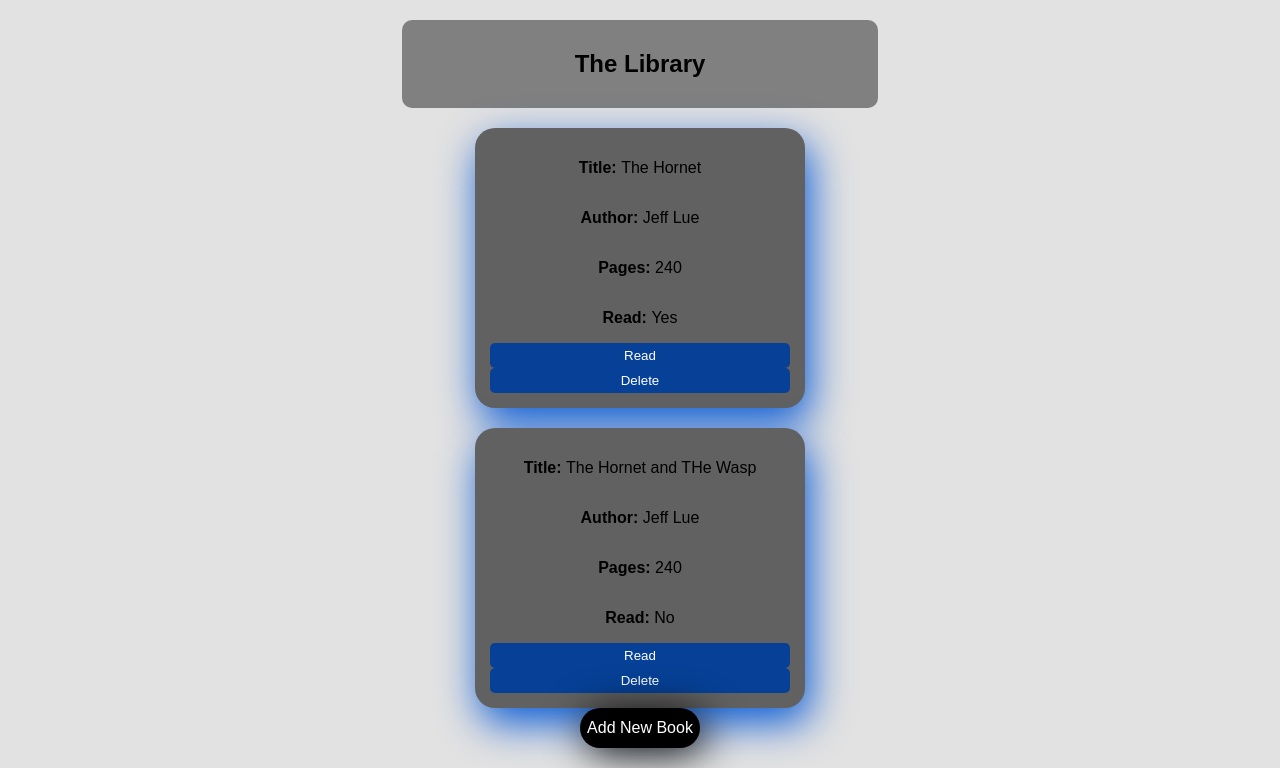
Repository: ErvinClay13/Library
Page: index.html
The author's editor kept a copy of each file at every save. The page is drawn from the files as they stood at one save, then again after the next save.
The browser window is 1280 px wide. The pictures show the whole page.

Above is the page before, as saved 2025-01-11 05:02:35.

### index.html
<!DOCTYPE html>
<html lang="en">
<head>
    <meta charset="UTF-8">
    <meta name="viewport" content="width=device-width, initial-scale=1.0">
    <link rel="stylesheet" href="style.css">
    <link
      rel="icon"
      type="image/png"
      sizes="32x32"
      href="images/myLogo.png"
    />
    <title>The Library</title>
</head>
<body>
    <div class="container">
        <div class="heading">
            <h2>The Library</h2>
        </div>

            <div class="content" id="content"></div>

            <dialog id="myDialog">
                <div class="input">
                <form method="dialog" id="form">
                    <label for="title">Title</label>
                    <input type="text"
                           id="title"
                           name="title"
                           required>

                    <label for="author">Author</label>
                    <input type="text"
                           id="author"
                           name="author"
                           required>

                    <label for="pages">Pages</label>
                    <input type="number"
                           id="pages"
                           name="pages"
                           required>

                    <label for="read">Read</label>
                    <input type="checkbox"
                           name="read"
                           id="isRead">

                    <button type="submit" id="submit">Submit</button>
                    <div class="cancel" id="cancel">Cancel</div>


                </form>
            </div>
        </dialog>
        <footer><button id="addBook">Add New Book</button></footer>
    </div>

    <script src="script.js"></script>
</body>
</html>

### style.css
body {
    display: flex;
    justify-content: center;
    align-items: center;
    flex-direction: column;
    /* background-color: white; */
    background-color: rgb(226, 226, 226);
    margin: 0;
    font-family: Arial, sans-serif;
}

.container {
    display: flex;
    flex-direction: column;
    align-items: center;
    padding: 20px;
}

.heading {
    display: flex;
    justify-content: space-between;
    justify-content: center;
    background-color: gray;
    /* background-color: #42669df5; */
    /* box-shadow: 5px 5px 40px #0055d4f5; */
    width: 100%;
    max-width: 800px;
    padding: 10px 20px;
    border-radius: 10px;
    margin-bottom: 20px;
}

#addBook {
    /* background-color: #03409af5; */
    background-color: black;
    box-shadow: 5px 5px 40px black;
    height: 40px;
    width: 120px;
    border-radius: 20px;
    border: none;
    font-size: 16px;
    color: white;
    cursor: pointer;
}

#addBook:hover {
    transform: scale(1.1);
    box-shadow: 2px 5px 40px black;
}

#content {
    display: flex;
    flex-wrap: wrap;
    gap: 20px;
    justify-content: center;
    width: 100%;
}

.card {
    display: flex;
    flex-direction: column;
    justify-content: space-between;
    text-align: center;
    border-radius: 20px;
    padding: 15px;
    /* background-color: #42669df5; */
    background-color: rgb(97, 97, 97);
    width: 100%;
    max-width: 300px;
    box-shadow: 5px 15px 40px #0055d4f5;
}

.card-details {
    margin-bottom: 10px;
}

.read, .delete {
    flex: 1;
    padding: 5px 10px;
    border: none;
    border-radius: 5px;
    color: white;
    background-color: #03409af5;
    cursor: pointer;
    width: ;
}

.read:hover, .delete:hover {
    background-color: #254a81f5;
}

.read:active, .delete:active {
    background-color: #42669df5;
}

dialog {
    background-color: #fefefe;
    padding: 20px;
    border: none;
    border-radius: 10px;
    box-shadow: 0px 5px 15px rgba(0, 0, 0, 0.5);
}

form {
    display: flex;
    flex-direction: column;
    gap: 10px;
}

input[type="text"], input[type="number"] {
    padding: 5px;
    border-radius: 5px;
    border: 1px solid #ccc;
}

button {
    cursor: pointer;
}

/* Responsive Styles */
@media (max-width: 768px) {
    .heading {
        flex-direction: column;
        align-items: center;
    }

    #content {
        gap: 15px;
    }

    .card {
        max-width: 100%;
    }
}

### script.js
const dialog = document.getElementById('myDialog');
const form = document.getElementById('form');
const content = document.getElementById('content');
const submit = document.getElementById('submit');
const addBook = document.getElementById('addBook');
const cancel = document.getElementById('cancel');

const myLibrary = [];

const theHornet = new Book('The Hornet', 'Jeff Lue', 240, true);
const theHornetAndTheWasp = new Book('The Hornet and THe Wasp', 'Jeff Lue', 240, false);

myLibrary.push(theHornet);
myLibrary.push(theHornetAndTheWasp);


function Book(title, author, pages, read) {
    this.title = title;
    this.author = author;
    this.pages = pages;
    this.read = read;
}

Book.prototype.info = function() {
    return `${this.title} ${this.author} ${this.pages} ${this.read}`;
}


Book.prototype.toggleRead = function() {
    this.read = !this.read;
}



addBook.addEventListener("click", () => {
    dialog.showModal();
});

cancel.addEventListener("click", () => {
    dialog.close();
});

submit.addEventListener("click", (event) => {
    event.preventDefault();

    const title = document.getElementById('title').value;
    const author = document.getElementById('author').value;
    const pages = document.getElementById('pages').value;
    const read = document.getElementById('isRead').checked;

    const newBook = new Book(title, author, pages, read);
    myLibrary.push(newBook);

    form.reset();
    showBooks();
    dialog.close();
});

function showBooks() {

    content.innerHTML = '';

    myLibrary.forEach((book, index) => {                   //going through the array myLibrary
        const card = document.createElement('div');        //creating a new card for each book created through the modal
        card.classList.add('card');                        //adding card to the class

        card.innerHTML =                                      //creating the text that will be displayed on the card
            `<p><strong>Title: </strong>${book.title}</p>
             <p><strong>Author: </strong>${book.author}</p>
             <p><strong>Pages: </strong>${book.pages}</p>
             <p><strong>Read: </strong>${book.read ? 'Yes' : 'No'}</p>`;   //using the user input to create the new book on the card

        const deleteBtn = document.createElement('button');
        deleteBtn.classList.add('delete');
        deleteBtn.textContent = ('Delete');

        deleteBtn.addEventListener("click", () => {
            myLibrary.splice(index, 1);
            showBooks();
        });

        const read = document.createElement('button');
        read.classList.add('read');
        read.textContent = ('Read');

        read.addEventListener("click", () => {
            book.toggleRead();
            showBooks();
        });

        card.appendChild(read);
        card.appendChild(deleteBtn);
        content.appendChild(card);


    })
}

showBooks();

After the next save:
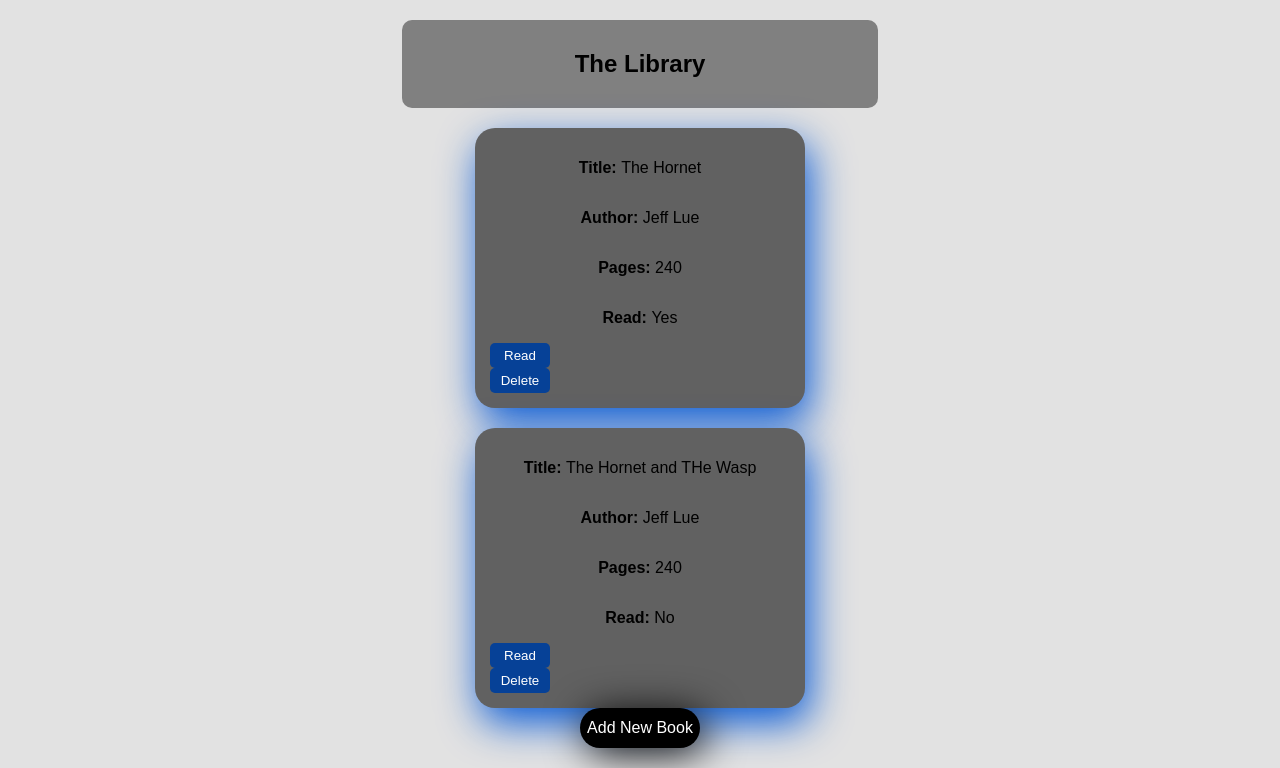
Saved 6 s later.
--- a/style.css
+++ b/style.css
@@ -82,7 +82,7 @@ body {
     color: white;
     background-color: #03409af5;
     cursor: pointer;
-    width: ;
+    width: 60px;
 }
 
 .read:hover, .delete:hover {
